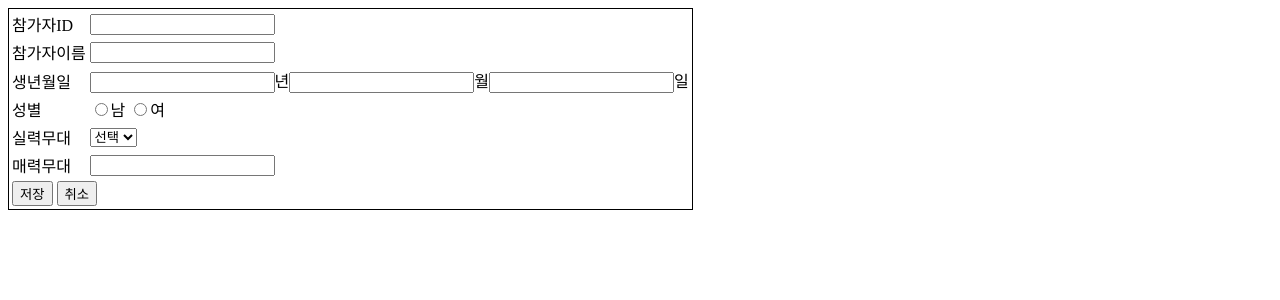
Repository: khs220507/WebClass
Page: prj0828/src/main/webapp/Audition/register.html
These files come from the project's save history. The page is drawn as it stood at one moment and after the next save; the edit follows.
The browser window is 1280 px wide. The pictures show the whole page.

Above is the page before, as saved 2023-08-28 08:04:35.

After the next save:
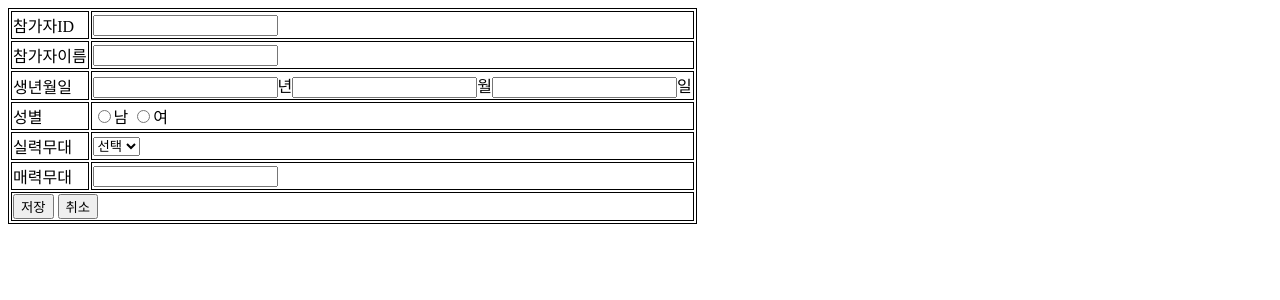
Saved 39 s later.
--- a/prj0828/src/main/webapp/Audition/register.css
+++ b/prj0828/src/main/webapp/Audition/register.css
@@ -3,3 +3,7 @@
 table{
 	border: 1px solid black;
 }
+
+td{
+	border: 1px solid black;
+}
